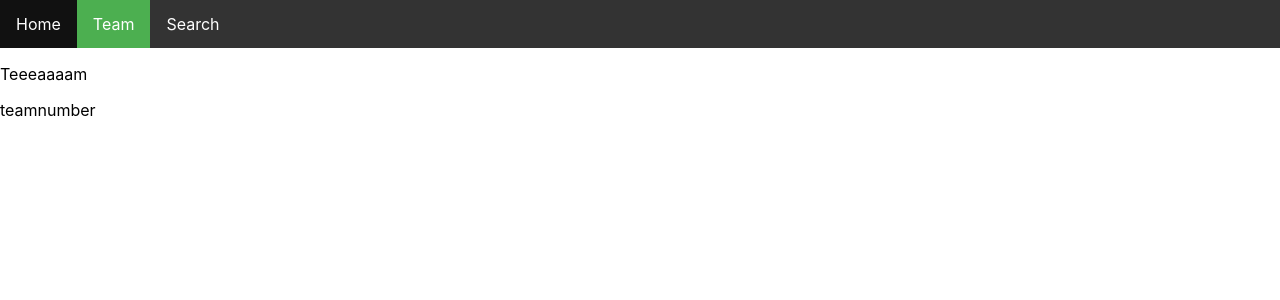
Repository: cph-ms782/SemesterProjekt_Frontend
Page: /#/team (app in 3SemFront/)
An editor plug-in stored every save of this project. The page is shown before and after a run of saves, followed by the edit.
The browser window is 1280 px wide. The pictures show the whole page.
The project was rebuilt for these pictures with package versions that can differ from the ones it lists, and the page was loaded fresh each time. Also part of the build but not shown: 3SemFront/src/components/Home.js, 3SemFront/src/components/UserInfo.js, 3SemFront/src/components/AllAboutTeam.js, 3SemFront/src/components/Search.js.

Above is the page before, as saved 2019-11-19 14:18:35.

### 3SemFront/src/index.css
body {
  margin: 0;
  font-family: -apple-system, BlinkMacSystemFont, "Segoe UI", "Roboto", "Oxygen",
    "Ubuntu", "Cantarell", "Fira Sans", "Droid Sans", "Helvetica Neue",
    sans-serif;
  -webkit-font-smoothing: antialiased;
  -moz-osx-font-smoothing: grayscale;
}

ul.header {
  list-style-type: none;
  margin: 0;
  padding: 0;
  overflow: hidden;
  background-color: #333;
}

ul.header li {
  float: left;
}

ul.header li a {
  display: block;
  color: white;
  text-align: center;
  padding: 14px 16px;
  text-decoration: none;
}

ul.header li a:hover:not(.active) {
  background-color: #111;
}

.active {
  background-color: #4caf50;
}

### 3SemFront/src/App.js
import React, { useState } from "react";
import {
  HashRouter as Router,
  Route,
  NavLink,
  Switch
} from "react-router-dom";
import facade from "./components/loginFacade";
import Home from "./components/Home";
import Team from "./components/Team";
import AllAboutTeam from "./components/AllAboutTeam";
import Search from "./components/Search";
import UserInfo from "./components/UserInfo";

function App() {
  console.log("App");
  const [teamName, setTeamName] = useState("");

  return (
    <div>
      <Router >
        <div>
          <Header />
          <Switch>
            <Route exact path="/"><Home /></Route>
            <Route path="/team"><Team /></Route>
            <Route path="/allaboutteam"><AllAboutTeam /></Route>
            <Route path="/search" ><Search teamName={{ teamName: [teamName, setTeamName] }} /></Route>
            <Route path="/userinfo"><UserInfo /></Route>
            <Route component={NoMatch} />
          </Switch>
        </div>
      </Router>
      <p>teamnumber </p>
      <p>{teamName}</p>
    </div>
  );
}

function Header() {
  console.log("Header");
  return (
    <div>
      <ul className="header">
        <li><NavLink exact activeClassName="active" to="/">Home</NavLink></li>
        <li><NavLink activeClassName="active" to="/team">Team</NavLink></li>
        <li><NavLink activeClassName="active" to="/search">Search</NavLink></li>
      </ul>
    </div>
  )
}

function NoMatch() {
  console.log("NoMatch");
  return (
    <div>
      Hello NoMatch
    </div>
  )
}

export default App;

### 3SemFront/src/components/loginFacade.js
import URL from "../settings";

function handleHttpErrors(res) {
  if (!res.ok) {
    return Promise.reject({ status: res.status, fullError: res.json() });
  }
  return res.json();
}

class LoginFacade {
  setToken = token => {
    localStorage.setItem("jwtToken", token);
  };
  getToken = () => {
    return localStorage.getItem("jwtToken");
  };
  loggedIn = () => {
    console.log("loggedIn func");
    const loggedIn = this.getToken() != null;
    return loggedIn;
  };
  logout = () => {
    localStorage.removeItem("jwtToken");
  };
  login = (user, pass) => {
    console.log("user, pass", user, pass)
    const options = this.makeOptions("POST", true, {
      username: user,
      password: pass
    });
    return fetch(URL + "/api/login", options)
      .then(handleHttpErrors)
      .then(res => {
        this.setToken(res.token);
      })
      .catch(err => { throw err });
  };

  getRole = () => {
    let jwt = localStorage.getItem("jwtToken");
    let jwtData = jwt.split(".")[1];
    let decodedJwtJsonData = window.atob(jwtData);
    let decodedJwtData = JSON.parse(decodedJwtJsonData);
    return decodedJwtData.roles;
  };

  makeOptions(method, addToken, body) {
    console.log("makeOptions");
    var opts = {
      method: method,
      headers: {
        "Content-type": "application/json",
        'Accept': "application/json"
      }
    };
    if (addToken && this.loggedIn()) {
      opts.headers["x-access-token"] = this.getToken();
    }
    if (body) {
      opts.body = JSON.stringify(body);
    }
    console.log("opts", opts);
    return opts;
  }

  fetchSW = () => {
    console.log("fetchSW");
    const options = this.makeOptions("GET", true); //True add's the token
    return fetch(URL + "/api/sw/datadto", options).then(handleHttpErrors);
  }

  fetchData = () => {
    console.log("fetchData");
    const options = this.makeOptions("GET", true); //True add's the token
    if (this.getRole() === "admin") {
      return fetch(URL + "/api/info/admin", options).then(handleHttpErrors);
    } else {
      return fetch(URL + "/api/info/user", options).then(handleHttpErrors);
    }
  };

}
const facade = new LoginFacade();
export default facade;

### 3SemFront/src/components/Team.js
import React from "react";

function Team() {
    console.log("Team");
    return (
        <div>
            <p>Teeeaaaam</p>
        </div>
    )
}

export default Team;

### 3SemFront/src/settings.js
const URL = "https://sandersolutions.dk/ca3_backend";
//const URL = "https://localhost:8080/ca3_backend";

export default URL;

Loaded but not shown: 3SemFront/public/index.html (common file); 3SemFront/src/index.js (common file)

After the next 2 saves:
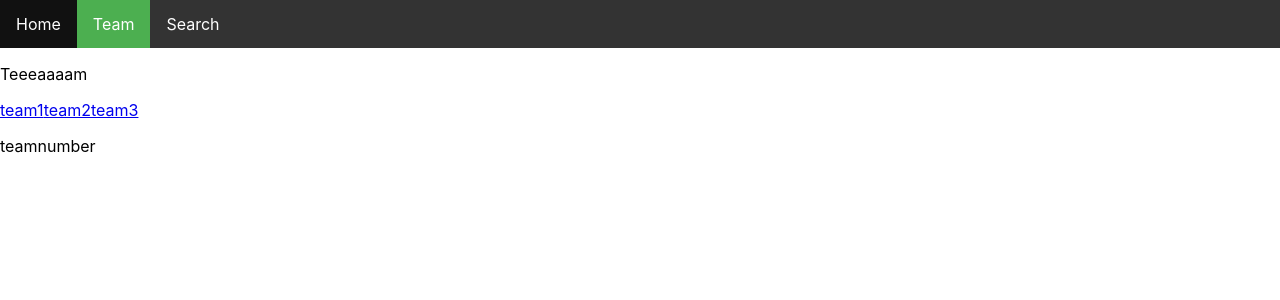
The 2 saves are shown as one change because 1 did not build or start.
The last was saved 15 min 29 s later.
--- a/3SemFront/src/components/Team.js
+++ b/3SemFront/src/components/Team.js
@@ -1,12 +1,22 @@
 import React from "react";
 
 function Team() {
-    console.log("Team");
-    return (
-        <div>
-            <p>Teeeaaaam</p>
-        </div>
-    )
+  const teams = ["team1", "team2", "team3"];
+  console.log("Team");
+  return (
+    <div>
+      <p>Teeeaaaam</p>
+      <div class="dropdown-content" id="myDropdown">
+        {
+            teams.map(team => {
+                return(
+                <a href="#">{team}</a>
+                );
+            })
+        }
+      </div>
+    </div>
+  );
 }
 
 export default Team;
